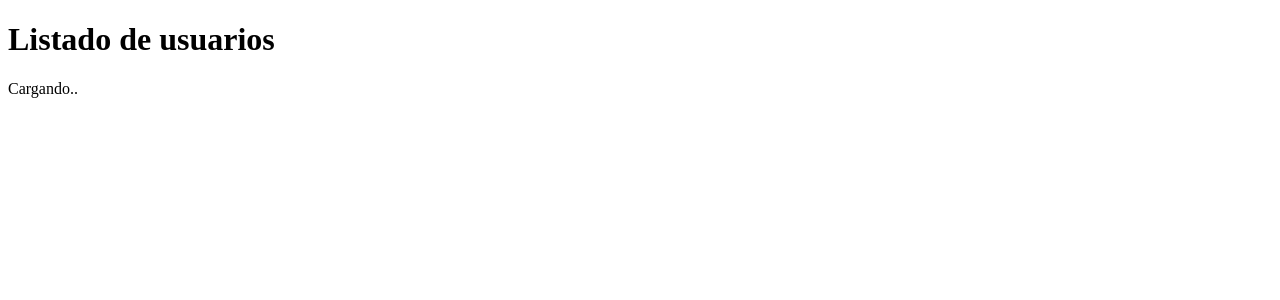
Repository: gitmadacode/practica_javascript
Page: Inicio/externo.html
An editor plug-in stored every save of this project. The page is shown before and after the next save, followed by the edit.
The browser window is 1280 px wide. The pictures show the whole page.
The page's requests for data from a server got no answer.

Above is the page before, as saved 2019-09-10 20:54:51.

After the next save:
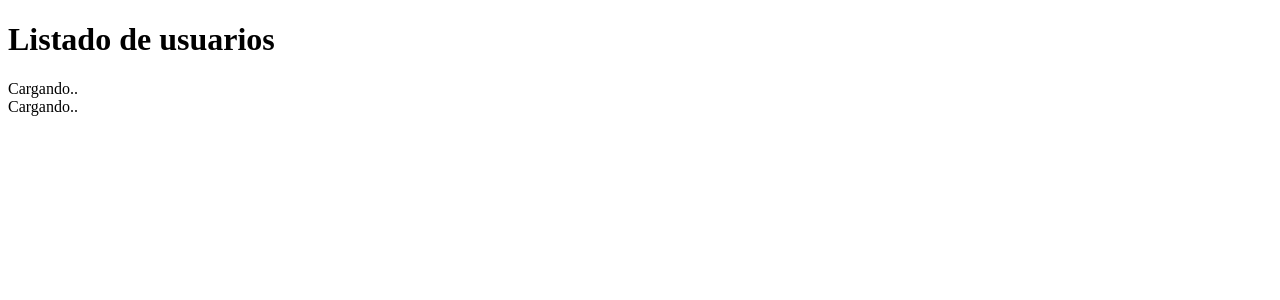
Saved 13 s later.
--- a/Inicio/externo.html
+++ b/Inicio/externo.html
@@ -10,7 +10,7 @@
         <span class="loading" >Cargando..</span>
     </div>
     <div id="janet">
-
+        <span class="loading" >Cargando..</span>
     </div>
 </head>
 <body>
